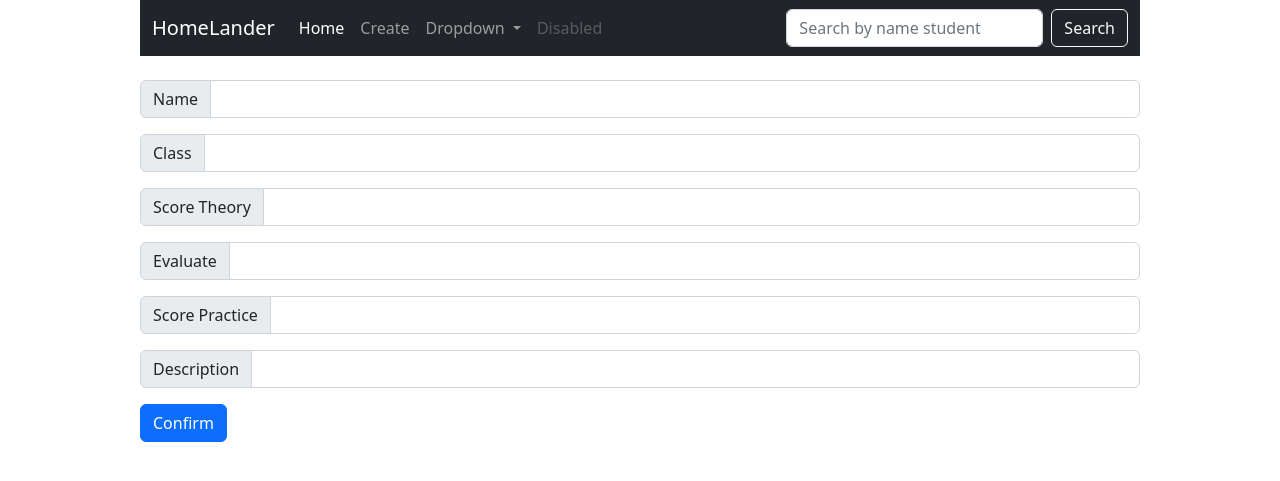
Repository: nguyenhung50497/MD3_thiThucHanh
Page: src/views/create.html
The author's editor kept a copy of each file at every save. The page is drawn from the files as they stood at one save, then again after the next save.
The browser window is 1280 px wide. The pictures show the whole page.

Above is the page before, as saved 2023-01-05 09:42:58.

### src/views/create.html
<!doctype html>
<html lang="en">
  <head>
    <meta charset="utf-8">
    <meta name="viewport" content="width=device-width, initial-scale=1">
    <title>Home</title>
    <link href="https://cdn.jsdelivr.net/npm/bootstrap@5.2.3/dist/css/bootstrap.min.css" rel="stylesheet" integrity="sha384-rbsA2VBKQhggwzxH7pPCaAqO46MgnOM80zW1RWuH61DGLwZJEdK2Kadq2F9CUG65" crossorigin="anonymous">
  </head>
  <body>
    <div class="container" style="width: 80%;">
      <nav class="navbar navbar-dark bg-dark navbar-expand-lg">
        <div class="container-fluid">
          <a class="navbar-brand" href="/home">HomeLander</a>
          <button class="navbar-toggler" type="button" data-bs-toggle="collapse" data-bs-target="#navbarSupportedContent" aria-controls="navbarSupportedContent" aria-expanded="false" aria-label="Toggle navigation">
            <span class="navbar-toggler-icon"></span>
          </button>
          <div class="collapse navbar-collapse" id="navbarSupportedContent">
            <ul class="navbar-nav me-auto mb-2 mb-lg-0">
              <li class="nav-item">
                <a class="nav-link active" aria-current="page" href="/home">Home</a>
              </li>
              <li class="nav-item">
                <a class="nav-link" href="/student/create">Create</a>
              </li>
              <li class="nav-item dropdown">
                <a class="nav-link dropdown-toggle" href="#" role="button" data-bs-toggle="dropdown" aria-expanded="false">
                  Dropdown
                </a>
                <ul class="dropdown-menu">
                  <li><a class="dropdown-item" href="#">Action</a></li>
                  <li><a class="dropdown-item" href="#">Another action</a></li>
                  <li><hr class="dropdown-divider"></li>
                  <li><a class="dropdown-item" href="#">Something else here</a></li>
                </ul>
              </li>
              <li class="nav-item">
                <a class="nav-link disabled">Disabled</a>
              </li>
            </ul>
            <form class="d-flex" role="search" method="post">
              <input class="form-control me-2" name="search" type="search" placeholder="Search by name student" aria-label="Search">
              <button class="btn btn-outline-light" type="submit">Search</button>
            </form>
          </div>
        </div>
      </nav>
      <br>
      <form action="/student/create" method="post">
        <div class="input-group mb-3">
          <span class="input-group-text" id="inputGroup-sizing-default">Name</span>
          <input type="text" name="name" class="form-control" aria-label="Sizing example input" aria-describedby="inputGroup-sizing-default">
        </div>
        <div class="input-group mb-3">
          <span class="input-group-text" id="inputGroup-sizing-default">Class</span>
          <input type="text" name="class" class="form-control" aria-label="Sizing example input" aria-describedby="inputGroup-sizing-default">
        </div>
        <div class="input-group mb-3">
          <span class="input-group-text" id="inputGroup-sizing-default">Score Theory</span>
          <input type="text" name="scoreTheory" class="form-control" aria-label="Sizing example input" aria-describedby="inputGroup-sizing-default">
        </div>
        <div class="input-group mb-3">
          <span class="input-group-text" id="inputGroup-sizing-default">Evaluate</span>
          <input type="text" name="evaluate" class="form-control" aria-label="Sizing example input" aria-describedby="inputGroup-sizing-default">
        </div>
        <div class="input-group mb-3">
          <span class="input-group-text" id="inputGroup-sizing-default">Score Practice</span>
          <input type="text" name="scorePractice" class="form-control" aria-label="Sizing example input" aria-describedby="inputGroup-sizing-default">
        </div>
        <div class="input-group mb-3">
          <span class="input-group-text" id="inputGroup-sizing-default">Description</span>
          <input type="text" name="description" class="form-control" aria-label="Sizing example input" aria-describedby="inputGroup-sizing-default">
        </div>
        <button type="submit" class="btn btn-primary">Confirm</button>
      </form>
    </div>
    <script src="https://cdn.jsdelivr.net/npm/bootstrap@5.2.3/dist/js/bootstrap.bundle.min.js" integrity="sha384-kenU1KFdBIe4zVF0s0G1M5b4hcpxyD9F7jL+jjXkk+Q2h455rYXK/7HAuoJl+0I4" crossorigin="anonymous"></script>
  </body>
</html>

After the next save:
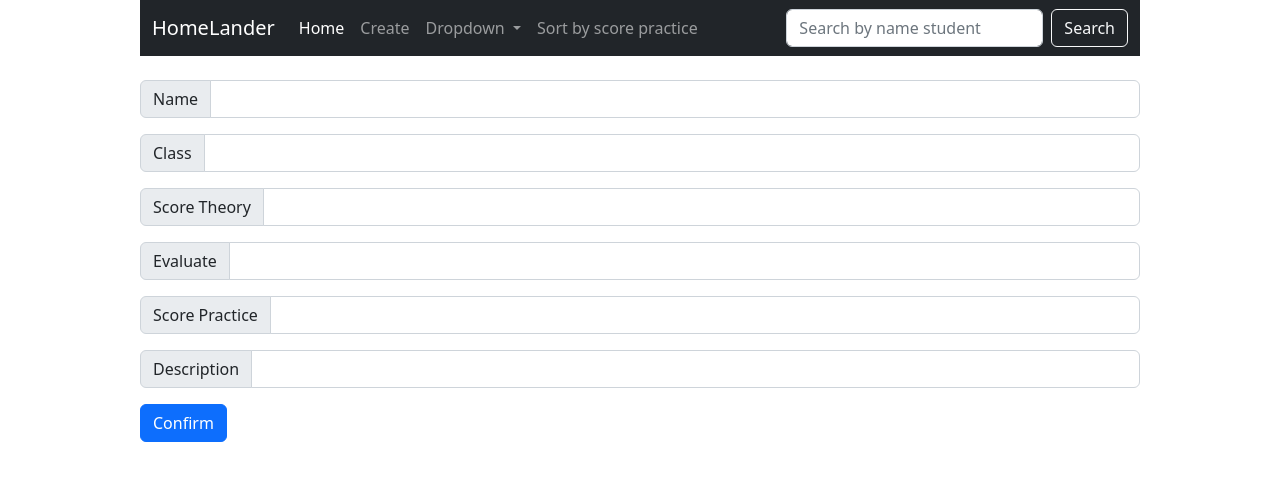
Saved 11 s later.
--- a/src/views/create.html
+++ b/src/views/create.html
@@ -34,7 +34,7 @@
                 </ul>
               </li>
               <li class="nav-item">
-                <a class="nav-link disabled">Disabled</a>
+                <a class="nav-link" href="/student/sortScoreByPractice">Sort by score practice</a>
               </li>
             </ul>
             <form class="d-flex" role="search" method="post">
